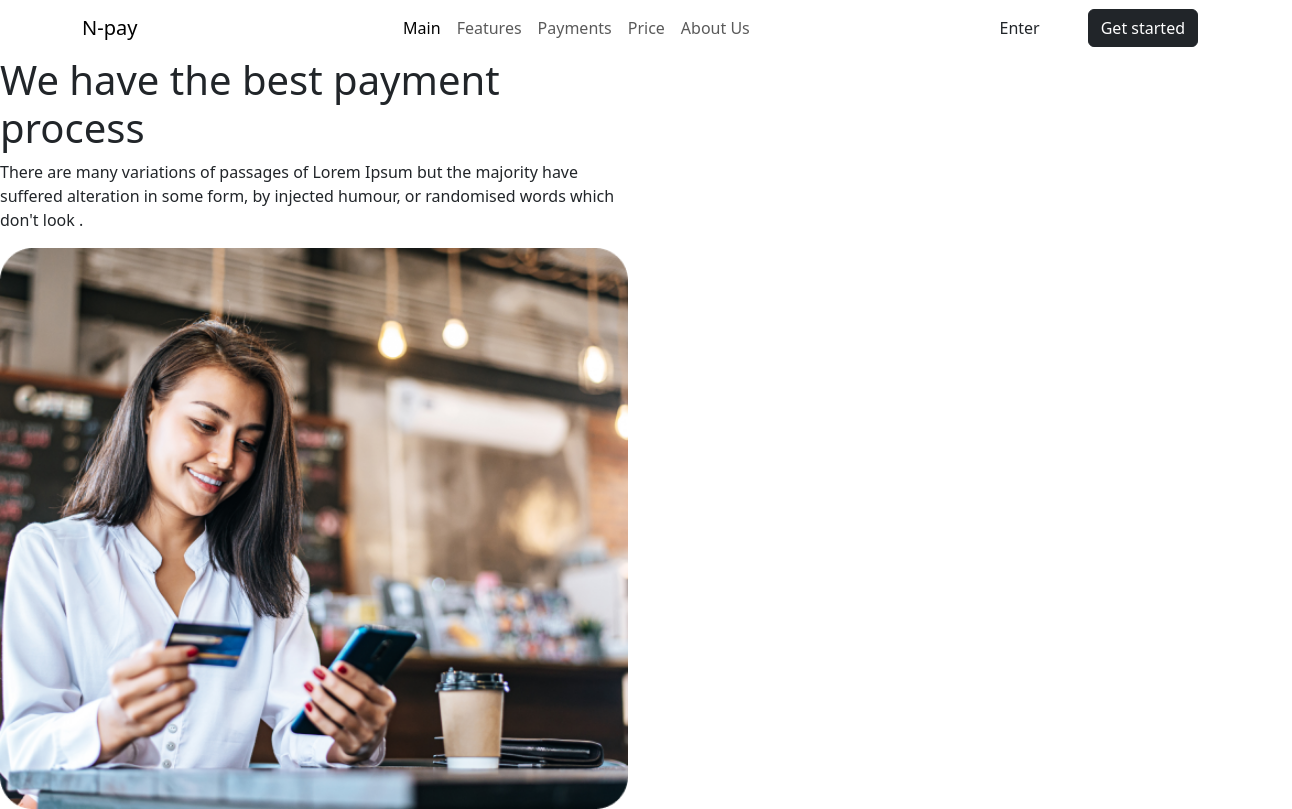
Repository: Senianga/N-pay
Page: index.html
An editor plug-in stored every save of this project. The page is shown before and after a run of saves, followed by the edit.
The browser window is 1280 px wide. The page is 1292 px wide, so the pictures cover 1292 px, including what lies to the right of the window. The pictures show the whole page.
The style sheet was rebuilt from its Sass, Less or Tailwind sources for each picture, by a compiler version that may differ from the author's.

Above is the page before, as saved 2023-05-01 14:49:39.

After the next 3 saves:
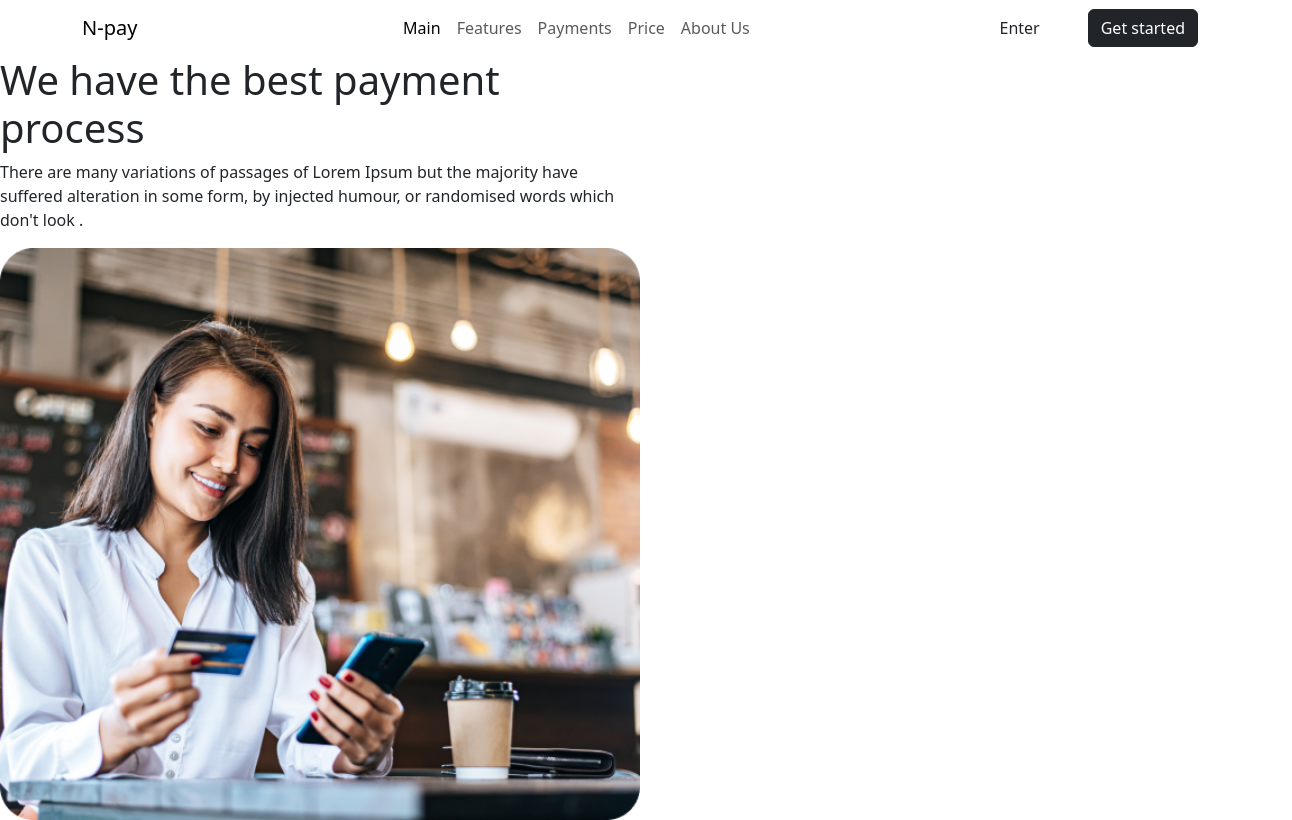
The 3 saves are shown as one change because they came seconds apart.
The last was saved 23 s later.
--- a/index.html
+++ b/index.html
@@ -58,9 +58,9 @@
                             but the majority have suffered alteration in some form, by injected humour, or randomised words which don't look .
                         </p>
                     </div>
+                    <img src="img/image.png" alt="Main picture" class="img-fluid col-md-6 col-sm-12">
+                </div>
 
-                </div>
-                <img src="img/image.png" alt="Main picture" class="img-fluid col-md-6 col-sm-12">
             </<div>
 
         </container-main>
